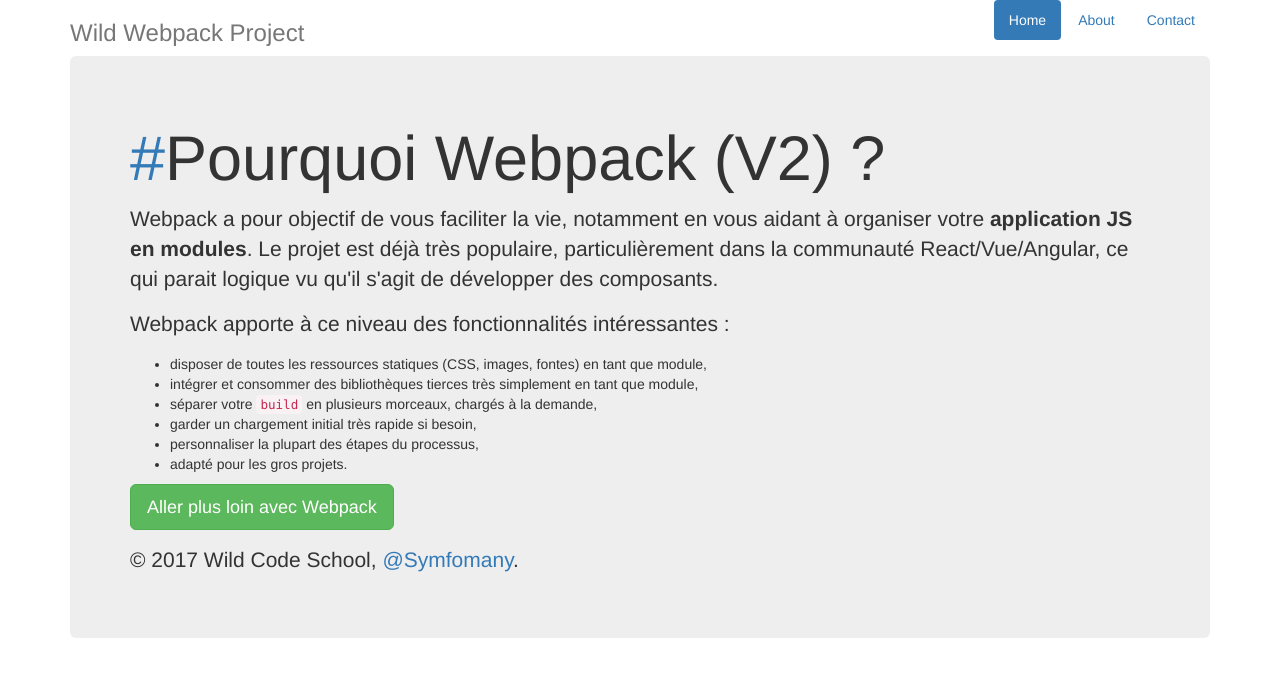
Repository: Symfomany/wildwebpack
Page: src/index.html
An editor plug-in stored every save of this project. The page is shown before and after the next save, followed by the edit.
The browser window is 1280 px wide. The pictures show the whole page.

Above is the page before, as saved 2017-03-03 07:48:08.

After the next save:
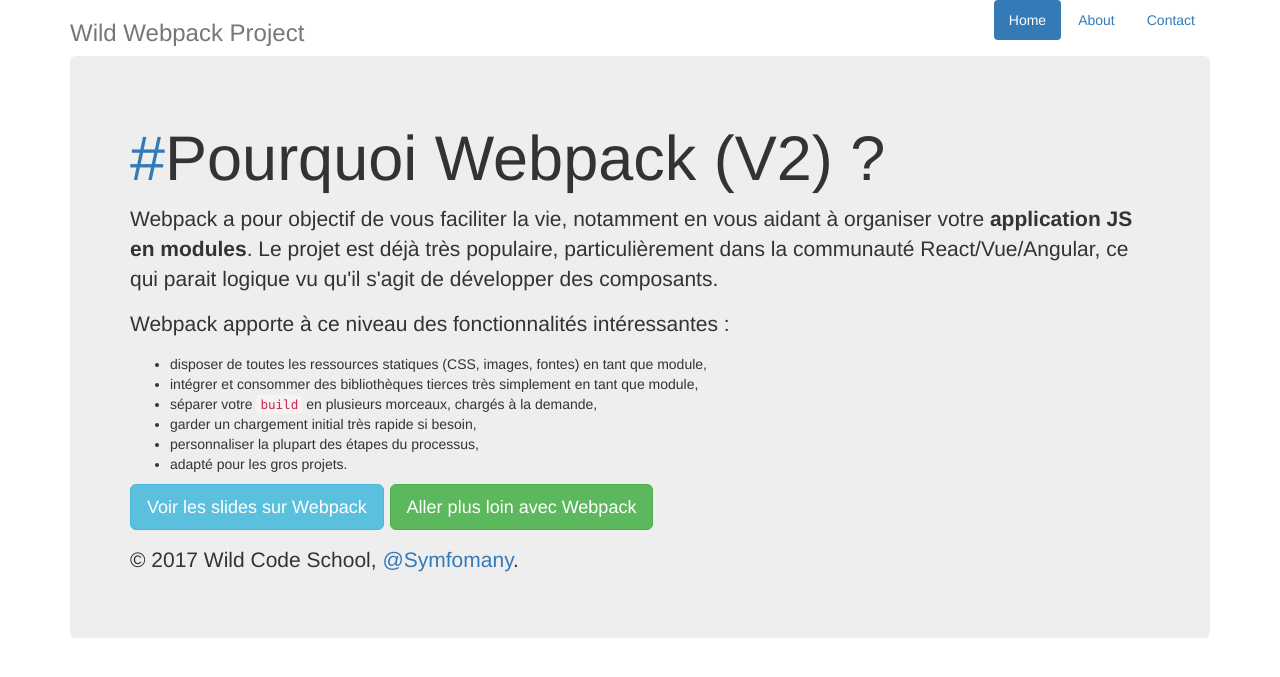
Saved 64 s later.
--- a/src/index.html
+++ b/src/index.html
@@ -39,7 +39,12 @@
           <li>personnaliser la plupart des étapes du processus,</li>
           <li>adapté pour les gros projets.</li>
           </ul>
-        <p><a class="btn btn-lg btn-success" href="https://webpack.js.org/concepts/" role="button">Aller plus loin avec Webpack</a></p>
+        <p>
+
+           <a class="btn btn-lg btn-info" href="http://okonet.ru/viennajs-webpack-introduction/" role="button">Voir les slides sur Webpack</a>
+          <a class="btn btn-lg btn-success" href="https://webpack.js.org/concepts/" role="button">Aller plus loin avec Webpack</a>
+
+          </p>
       </div>
 
 
